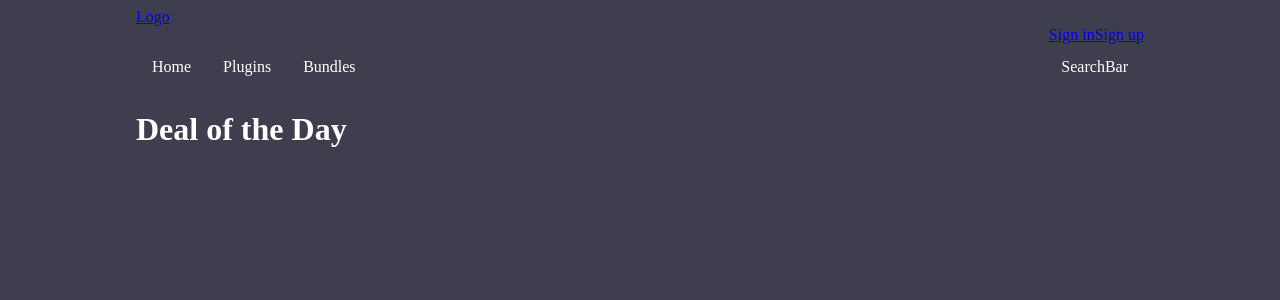
Repository: jigom11791/Wavez
Page: Wavez/Waves-Site/index.html
These files come from the project's save history. The page is drawn as it stood at one moment and after the next save; the edit follows.
The browser window is 1280 px wide. The pictures show the whole page.

Above is the page before, as saved 2020-10-30 18:08:13.

### Wavez/Waves-Site/index.html
<!DOCTYPE html>
<html>
<head>
    <title>Waves Price Tracker</title>
    <link rel="stylesheet" href="style.css">
</head>
<body>
    <ul class="header">
        <li><a href="#">Logo</a></li>
        <li class="right"><a href="#">Sign up</a></li>
        <li class="right"><a href="#">Sign in</a></li>
    </ul>

    <ul class="topnav">
        <li><a class="active" href="#">Home</a></li>
        <li><a href="#">Plugins</a></li>
        <li><a href="#">Bundles</a></li>
        <li class="right"><a href="#">SearchBar</a></li>
    </ul>
    <div id="content">
        <h1>Deal of the Day</h1>
    </div>
</body>
</html>

### Wavez/Waves-Site/style.css
@import url('https://fonts.googleapis.com/css2?family=Noto+Sans&family=Noto+Sans+JP&display=swap');
@import url('https://fonts.googleapis.com/css2?family=Noto+Sans&display=swap');

body {
    background-color: #3e3e4f;
    color: white;
    font-style: "Noto sans JP", sans-serif;
    padding: 0% 10%;
}

ul.topnav, ul.header{
    list-style-type: none;
    margin: 0;
    padding: 0;
    overflow: hidden;
    width: 100%;
}
ul.topnav {
    backgorund-color: #333;
}
ul.topnav li, ul.header {
    float: left;
}
ul.topnav li.right, ul.header li.right{
    float: right;
}
ul.topnav li a {
    display: block;
    color: white;
    text-align: center;
    padding: 14px 16px;
    text-decoration: none;
}

After the next save:
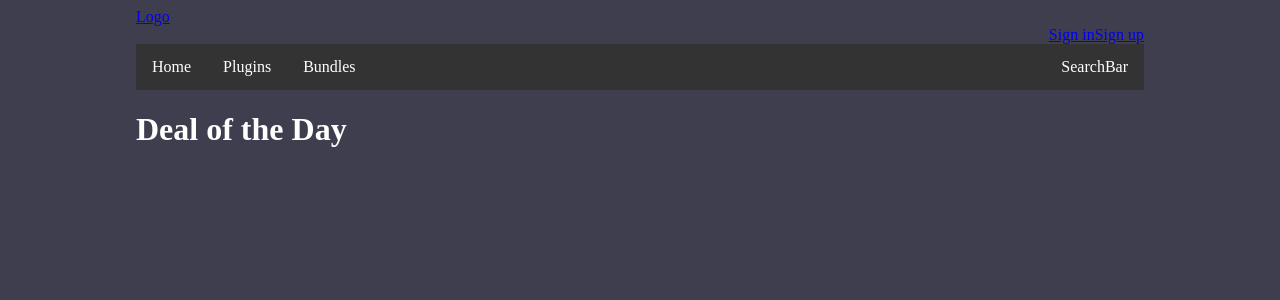
Saved 12 s later.
--- a/Wavez/Waves-Site/style.css
+++ b/Wavez/Waves-Site/style.css
@@ -16,7 +16,7 @@ ul.topnav, ul.header{
     width: 100%;
 }
 ul.topnav {
-    backgorund-color: #333;
+    background-color: #333;
 }
 ul.topnav li, ul.header {
     float: left;
